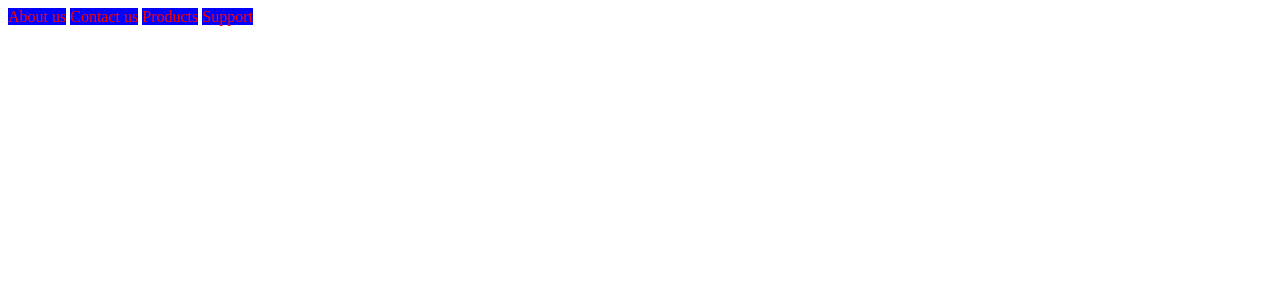
Repository: SrikanthGadde/MaGE-JavaFS
Page: Week-1/Sept1/HTML&CSS/WebContent/Test.html
The author's editor kept a copy of each file at every save. The page is drawn from the files as they stood at one save, then again after the next save.
The browser window is 1280 px wide. The pictures show the whole page.

Above is the page before, as saved 2020-09-01 07:24:40.

### Week-1/Sept1/HTML&CSS/WebContent/Test.html
<!DOCTYPE html>
<html>
<head>
<!-- <meta charset="ISO-8859-1"> -->
<title>Insert title here</title>
 <!-- Property: Value-->
<style>
	a:hover {
  background-color: yellow;
}
	a{
		background-color: blue;
		color: red;
		text-align: center;

	}
</style>
</head>
<body>
<div>
	<a style="color:red">About us</a>
	<a>Contact us</a>
	<a>Products</a>
	<a>Support</a>
</div>
</body>
</html>

After the next save:
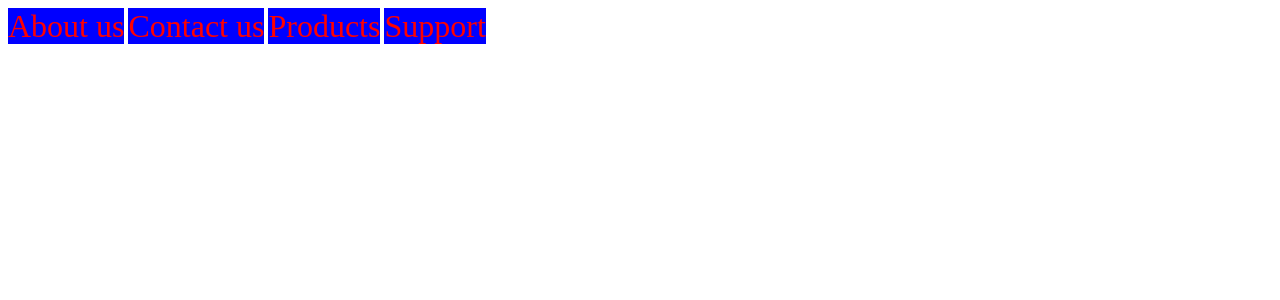
Saved 14 s later.
--- a/Week-1/Sept1/HTML&CSS/WebContent/Test.html
+++ b/Week-1/Sept1/HTML&CSS/WebContent/Test.html
@@ -11,8 +11,8 @@
 	a{
 		background-color: blue;
 		color: red;
-		text-align: center;
-
+		text-align: justify;
+		font-size: xx-large;
 	}
 </style>
 </head>
